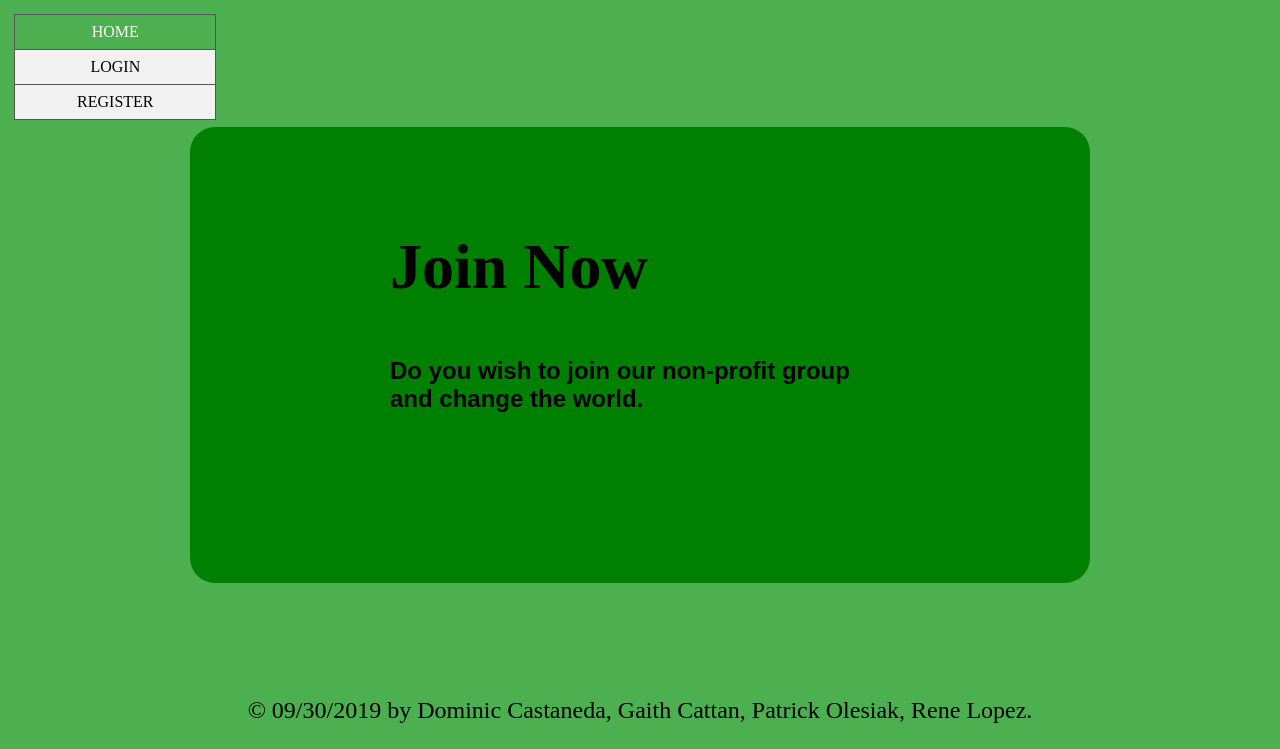
Repository: GaithCattan/COSW30
Page: http://localhost/labwork/homework5/index.php
The author's editor kept a record of every edit. The page is drawn from the files as they stood at one moment, then again after the next edit.
The browser window is 1280 px wide. The pictures show the whole page.
The page is run by PHP 8.4 with error messages shown; the project is at /var/www/html/.

Above is the page before.

### labwork/homework5/index.php
<?php // php -S localhost:8080 ?>

<?php include('includes/header.php'); ?>

    <main>

        <div id="container">
        <div id="texting">

        <h2 style="font-size: 4em;">Join Now</h2>
        <h2 style="font-family: 'Anton', sans-serif;">Do you wish to join our non-profit group and change the world.</h2>

        </div>
        </div>

    </main>

<?php include('includes/footer.php'); ?>

### labwork/homework5/includes/header.php
<!doctype html>
<html>
    <head>
         <meta charset="utf-8">
         <title>Homepage</title>

            <style>

            body {background-color: #4CAF50;
            background-position: center;
            background-repeat: no-repeat;}
            h1 {text-align: center; font-size: 5em; margin-top: 40px; border-radius: 25px; margin-left: auto; margin-right: auto; background-color: grey;}
          #container {width: 900px;	margin-left: auto;	margin-right: auto;	padding-top: 50px;	padding-bottom: 150px; border-radius: 25px;	background-color: green;}
          #texting {width: 500px; display: block; margin-left: auto; margin-right: auto;}
          input[type=submit] {background-color: blue; border: none; border-radius: 10px;  color: white;  padding: 16px 32px;  text-decoration: none;  margin: 4px 2px;  cursor: pointer;}
          header {margin: 0; color: black; background-color: #4CAF50; padding: 0.5%; text-align: center; font-size: 1em;}
          footer {font-size: 1.5em; color: white; text-align: center; margin-top: 9%;}

                ul {
                  list-style-type: none;
                  margin: 0;
                  padding: 0;
                  width: 200px;
                  background-color: #f1f1f1;
                  border: 1px solid #555;
                }

                li a {
                  display: block;
                  color: #000;
                  padding: 8px 16px;
                  text-decoration: none;
                }

                li {
                  text-align: center;
                  border-bottom: 1px solid #555;
                }

                li:last-child {
                  border-bottom: none;
                }

                li a.active {
                  background-color: #4CAF50;
                  color: white;
                }

                li a:hover:not(.active) {
                  background-color: #555;
                  color: white;
                }
            </style>

    </head>

    <body>


    <header>
        <div id="header">
            <ul id="nav">
                <li><a class="active" href="index.php">HOME</a></li>
                <li><a href="login.php">LOGIN</a></li>
                <li><a href="register.php">REGISTER</a></li>
            </ul>
        </div><!-- header -->
    </header>

### labwork/homework5/includes/footer.php

<!start of footer



    <footer>

        <p  style="font-size: 1.5em; font-family: 'Ranga', cursive; color: black; text-align: center; margin-top: 9%;">© 09/30/2019 by Dominic Castaneda, Gaith Cattan, Patrick Olesiak, Rene Lopez.</p>

    </footer>



    </body>

</html>

After the next edit:
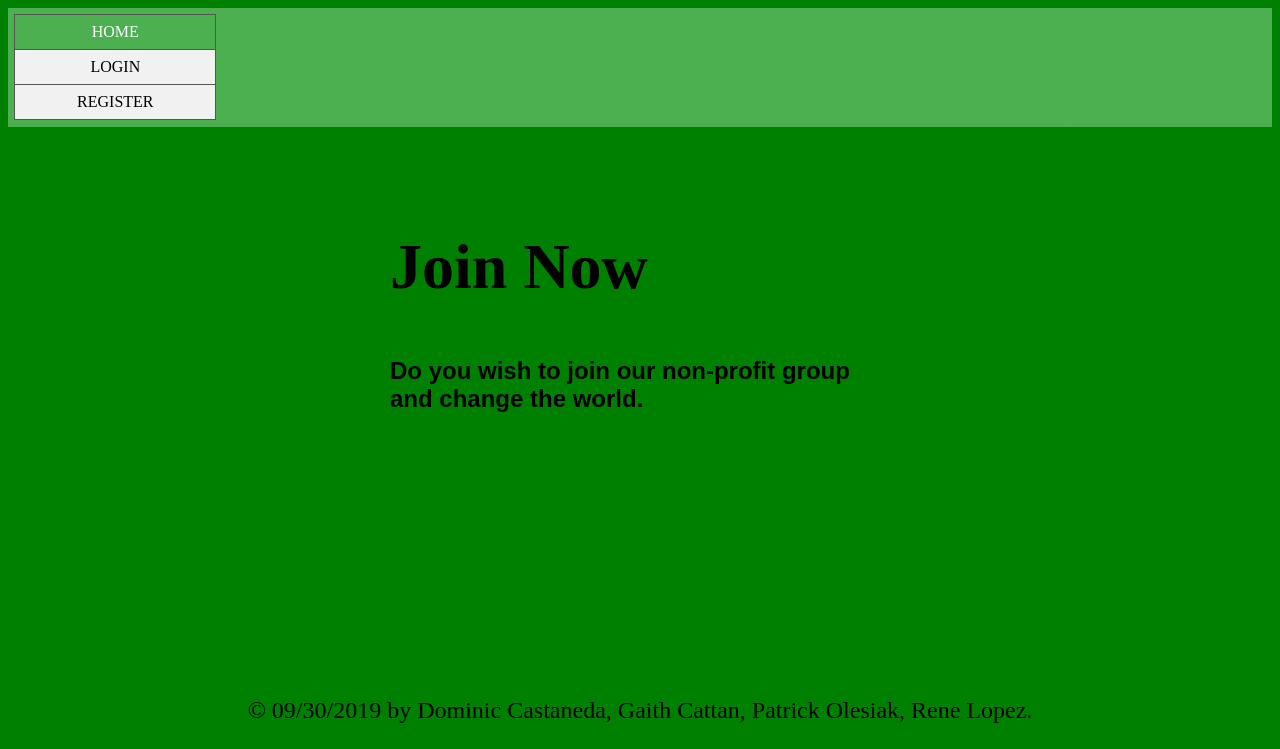
The edit:
--- a/labwork/homework5/includes/header.php
+++ b/labwork/homework5/includes/header.php
@@ -6,7 +6,7 @@
 
             <style>
 
-            body {background-color: #4CAF50;
+            body {background-color: green;
             background-position: center;
             background-repeat: no-repeat;}
             h1 {text-align: center; font-size: 5em; margin-top: 40px; border-radius: 25px; margin-left: auto; margin-right: auto; background-color: grey;}
